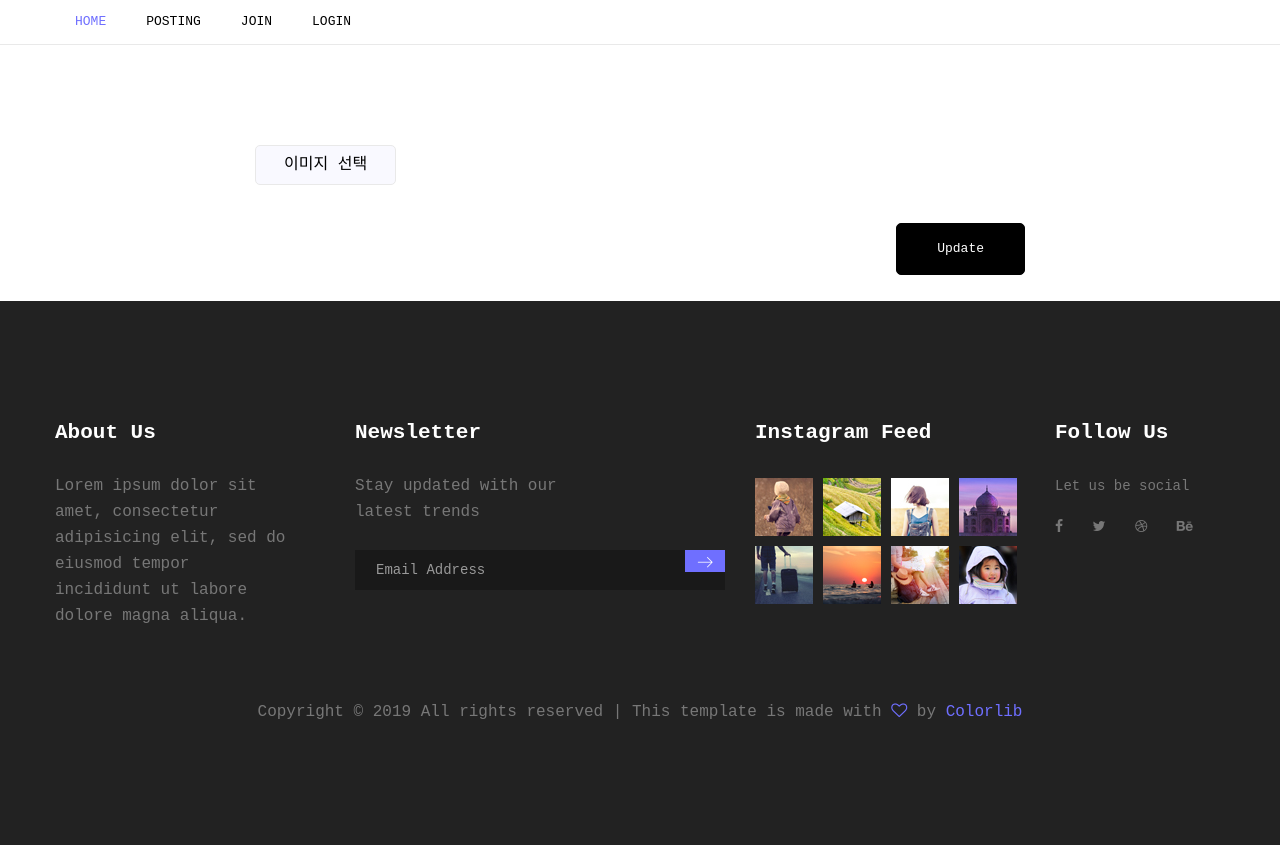
Repository: juneyj114/jspblog
Page: http://localhost/blog/user/userProfileForm.jsp
The author's editor kept a copy of each file at every save. The page is drawn from the files as they stood at one save, then again after the next save.
The browser window is 1280 px wide. The pictures show the whole page.
Some web fonts or font styles are not loaded; a fallback is used. The page is served by Tomcat 9. Other server files are loaded and not shown.

Above is the page before, as saved 2019-11-13 06:05:12.

### blog/WebContent/user/userProfileForm.jsp
<%@ page language="java" contentType="text/html; charset=UTF-8" pageEncoding="UTF-8"%>
<html>
<%@ include file="/include/nav.jsp"%>

<!--================Contact Area =================-->
<section class="contact_area">
	<div class="container">
		<div class="row">
			<div class="col-lg-2"></div>
			<div class="col-lg-8">
				<div id="imageContainer">
					<form class="row contact_form" action="/blog/user?cmd=profile" method="post" enctype="multipart/form-data">
						<input type="text" name="username" value="${sessionScope.user.username }" hidden />
						<div class="col-md-12">
							<div class="form-group">
								<label for="img__input" class="blog_btn">이미지 선택</label> <input type="file" id="img__input" class="form-control" name="userProfile" hidden readonly>
							</div>
						</div>
						<div class="col-md-12 text-right">
							<button type="submit" value="submit" class="btn submit_btn">Update</button>
						</div>
					</form>
				</div>
			</div>
			<div class="col-lg-2"></div>
		</div>
	</div>
</section>
<!--================Contact Area =================-->
<script>
      const imagePath = document.querySelector("#img__input");
      imagePath.addEventListener("change", event => {
        const f = event.target.files[0];
        const reader = new FileReader();
        reader.onload = e => {
          const {
            target: { result }
          } = e;
          console.log(result.length);
          const imageContainer = document.querySelector("#ImageContainer");
          const image = document.createElement("IMG");
          image.setAttribute("src", result);
          imageContainer.prepend(image);
        };
        reader.readAsDataURL(f);
      });
    </script>
<%@ include file="/include/footer.jsp"%>
</html>

### blog/WebContent/include/nav.jsp
<%@ page language="java" contentType="text/html; charset=UTF-8" pageEncoding="UTF-8"%>
<%@ taglib prefix="c" uri="http://java.sun.com/jsp/jstl/core"%>
<html>
<head>
<!-- Required meta tags -->
<meta charset="utf-8">
<meta name="viewport" content="width=device-width, initial-scale=1, shrink-to-fit=no">
<link rel="icon" href="/blog/img/favicon.png" type="image/png">
<title>Juney's Blog</title>
<!-- Bootstrap CSS -->
<link rel="stylesheet" href="/blog/css/bootstrap.css">
<link rel="stylesheet" href="/blog/vendors/linericon/style.css">
<link rel="stylesheet" href="/blog/css/font-awesome.min.css">
<link rel="stylesheet" href="/blog/vendors/owl-carousel/owl.carousel.min.css">
<link rel="stylesheet" href="/blog/vendors/lightbox/simpleLightbox.css">
<link rel="stylesheet" href="/blog/vendors/nice-select/css/nice-select.css">
<link rel="stylesheet" href="/blog/vendors/animate-css/animate.css">
<link rel="stylesheet" href="/blog/vendors/jquery-ui/jquery-ui.css">
<!-- main css -->
<link rel="stylesheet" href="/blog/css/style.css">
<link rel="stylesheet" href="/blog/css/responsive.css">

</head>

<body>
	<!--================Header Menu Area =================-->
	<header class="header_area">
		<div class="main_menu">
			<nav class="navbar navbar-expand-lg navbar-light">
				<div class="container box_1620">
					<!-- Brand and toggle get grouped for better mobile display -->
					<a class="navbar-brand logo_h" href="#"><img src="/blog/img/logo.png" alt=""></a>
					<button class="navbar-toggler" type="button" data-toggle="collapse" data-target="#navbarSupportedContent" aria-controls="navbarSupportedContent" aria-expanded="false"
						aria-label="Toggle navigation">
						<span class="icon-bar"></span> <span class="icon-bar"></span> <span class="icon-bar"></span>
					</button>
					<!-- Collect the nav links, forms, and other content for toggling -->
					<div class="collapse navbar-collapse offset" id="navbarSupportedContent">
						<ul class="nav navbar-nav menu_nav" id="mainUl">
							<li class="nav-item active"><a class="nav-link" href="/blog/index.jsp">Home</a></li>
							<li class="nav-item"><a class="nav-link" href="/blog/board/write.jsp">Posting</a></li>
							<%-- <li class="nav-item"><a class="nav-link" href="/blog/user/join.jsp">Join</a></li> --%>

							<%-- <c:choose>
								<c:when test="${empty sessionScope.username}">
									<li class="nav-item">
										<a class="nav-link" href="/blog/user/login.jsp">Login</a>
									</li>
								</c:when>
								<c:otherwise>
									<li class="nav-item">
										<a class="nav-link" href="/blog/user?cmd=logout">Logout</a>
									</li>
								</c:otherwise>
							</c:choose> --%>

						</ul>
						<ul class="nav navbar-nav navbar-right header_social ml-auto">
							<c:choose>
								<c:when test="${empty sessionScope.user}"></c:when>
								<c:otherwise>
								<a href="/blog/user/userProfileForm.jsp"><img src="${sessionScope.user.userProfile}" style="height: 40px; border-radius: 100%; width: 40px;" /></a>
								</c:otherwise>

							</c:choose>
						</ul>
					</div>
				</div>
			</nav>
			<script>
				const mainUl = document.querySelector("#mainUl");
				const id = "<c:out value='${sessionScope.user}'/>";
				const li1 = document.createElement("li");
				const a1 = document.createElement("a");
				const li2 = document.createElement("li");
				const a2 = document.createElement("a");
				console.log(id);
				if (id === null || id === "") {
					a1.innerText = "Join";
					a1.href = "/blog/user/join.jsp";
					a2.innerText = "Login";
					a2.href = "/blog/user/login.jsp";
				} else {
					a1.innerText = "Profile";
					a1.href = "/blog/user/update.jsp";
					a2.innerText = "Logout";
					a2.href = "/blog/user?cmd=logout";
				}
				a1.classList.add("nav-link");
				li1.classList.add("nav-item");
				li1.appendChild(a1);
				mainUl.appendChild(li1);
				a2.classList.add("nav-link");
				li2.classList.add("nav-item");
				li2.appendChild(a2);
				mainUl.appendChild(li2);
			</script>

		</div>
	</header>

</body>
</html>

### blog/WebContent/include/footer.jsp
<%@ page language="java" contentType="text/html; charset=UTF-8" pageEncoding="UTF-8"%>

<html>
<body>
<!--================ start footer Area  =================-->
	<footer class="footer-area p_120" style="margin-top:10px">
		<div class="container">
			<div class="row">
				<div class="col-lg-3  col-md-6 col-sm-6">
					<div class="single-footer-widget">
						<h6 class="footer_title">About Us</h6>
						<p>Lorem ipsum dolor sit amet, consectetur adipisicing elit, sed do eiusmod tempor incididunt ut labore dolore magna aliqua.</p>
					</div>
				</div>
				<div class="col-lg-4 col-md-6 col-sm-6">
					<div class="single-footer-widget">
						<h6 class="footer_title">Newsletter</h6>
						<p>Stay updated with our latest trends</p>
						<div id="mc_embed_signup">
							<form target="_blank" action="https://spondonit.us12.list-manage.com/subscribe/post?u=1462626880ade1ac87bd9c93a&amp;id=92a4423d01" method="get" class="subscribe_form relative">
								<div class="input-group d-flex flex-row">
									<input name="EMAIL" placeholder="Email Address" onfocus="this.placeholder = ''" onblur="this.placeholder = 'Email Address '" required="" type="email">
									<button class="btn sub-btn">
										<span class="lnr lnr-arrow-right"></span>
									</button>
								</div>
								<div class="mt-10 info"></div>
							</form>
						</div>
					</div>
				</div>
				<div class="col-lg-3 col-md-6 col-sm-6">
					<div class="single-footer-widget instafeed">
						<h6 class="footer_title">Instagram Feed</h6>
						<ul class="list instafeed d-flex flex-wrap">
							<li><img src="/blog/img/instagram/Image-01.jpg" alt=""></li>
							<li><img src="/blog/img/instagram/Image-02.jpg" alt=""></li>
							<li><img src="/blog/img/instagram/Image-03.jpg" alt=""></li>
							<li><img src="/blog/img/instagram/Image-04.jpg" alt=""></li>
							<li><img src="/blog/img/instagram/Image-05.jpg" alt=""></li>
							<li><img src="/blog/img/instagram/Image-06.jpg" alt=""></li>
							<li><img src="/blog/img/instagram/Image-07.jpg" alt=""></li>
							<li><img src="/blog/img/instagram/Image-08.jpg" alt=""></li>
						</ul>
					</div>
				</div>
				<div class="col-lg-2 col-md-6 col-sm-6">
					<div class="single-footer-widget f_social_wd">
						<h6 class="footer_title">Follow Us</h6>
						<p>Let us be social</p>
						<div class="f_social">
							<a href="#"><i class="fa fa-facebook"></i></a> <a href="#"><i class="fa fa-twitter"></i></a> <a href="#"><i class="fa fa-dribbble"></i></a> <a href="#"><i class="fa fa-behance"></i></a>
						</div>
					</div>
				</div>
			</div>
			<div class="row footer-bottom d-flex justify-content-between align-items-center">
				<p class="col-lg-12 footer-text text-center">
					<!-- Link back to Colorlib can't be removed. Template is licensed under CC BY 3.0. -->
					Copyright &copy;
					<script>
						document.write(new Date().getFullYear());
					</script>
					All rights reserved | This template is made with <i class="fa fa-heart-o" aria-hidden="true"></i> by <a href="https://colorlib.com" target="_blank">Colorlib</a>
					<!-- Link back to Colorlib can't be removed. Template is licensed under CC BY 3.0. -->
				</p>
			</div>
		</div>
	</footer>

<!--================ End footer Area  =================-->

<!-- Optional JavaScript -->
<!-- jQuery first, then Popper.js, then Bootstrap JS -->
<script src="/blog/js/jquery-3.2.1.min.js"></script>
<script src="/blog/js/popper.js"></script>
<script src="/blog/js/bootstrap.min.js"></script>
<script src="/blog/js/stellar.js"></script>
<script src="/blog/vendors/lightbox/simpleLightbox.min.js"></script>
<script src="/blog/vendors/nice-select/js/jquery.nice-select.min.js"></script>
<script src="/blog/vendors/isotope/imagesloaded.pkgd.min.js"></script>
<script src="/blog/vendors/isotope/isotope-min.js"></script>
<script src="/blog/vendors/owl-carousel/owl.carousel.min.js"></script>
<script src="/blog/vendors/jquery-ui/jquery-ui.js"></script>
<script src="/blog/js/jquery.ajaxchimp.min.js"></script>
<script src="/blog/js/mail-script.js"></script>
<script src="/blog/js/theme.js"></script>
</body>
</html>

### blog/WebContent/css/responsive.css
@media (max-width:1619px){
	/* Main Menu Area css
	============================================================================================ */
   .header_area .navbar .search {
		margin-left: 40px;
	}
	/* End Main Menu Area css
	============================================================================================ */
	.home_banner_area .blog_text_slider .owl-prev, .home_banner_area .blog_text_slider .owl-next {
		right: 0px;
		font-size: 30px;
	}
}
@media (max-width:1199px){
	/* Main Menu Area css
	============================================================================================ */
	.header_area + section, .header_area + div {
		margin-top: 143px;
	}
	.top_menu .container{
		display: block;
	}
	/* End Main Menu Area css
	============================================================================================ */
	/* Home Banner Area css
	============================================================================================ */
	.home_banner_area {
		min-height: 700px;
	}
	/* End Home Banner Area css
	============================================================================================ */
	.home_banner_area {
		background-size: cover;
	}
	.blog_text {
		padding: 65px 65px 65px 65px;
	}
	.banner_area {
		background-size: cover;
	}
	.blog_style1 .blog_text {
		padding-left: 15px;
		padding-right: 15px;
		padding-top: 0px;
		padding-bottom: 0px;
	}
}

@media (max-width:991px){
	/* Main Menu Area css
	============================================================================================ */
	.logo_part {
		display: none;
	}
    .navbar-toggler {
        border: none;
        border-radius: 0px;
        padding: 0px;
        cursor: pointer;
        margin-top: 27px;
        margin-bottom: 23px;
		float: right;
    }
	.header_area .navbar {
		background: #fff;
	}
    .navbar-toggler[aria-expanded="false"] span:nth-child(2) {
		opacity: 1;
	}
	.navbar-toggler[aria-expanded="true"] span:nth-child(2) {
		opacity: 0;
	}
	.navbar-toggler[aria-expanded="true"] span:first-child {
		transform: rotate(-45deg);
		position: relative;
		top: 7.5px;
	}
	.navbar-toggler[aria-expanded="true"] span:last-child {
		transform: rotate(45deg);
		bottom: 6px;
		position: relative;
	}
	.navbar-toggler span{
		display: block;
		width: 25px;
		height: 3px;
		background: #000;
		margin: auto;
		margin-bottom: 4px;
		transition: all 400ms linear;
		cursor: pointer;
	}
    .navbar .container{
        padding-left: 15px;
        padding-right: 15px;
    }
    .nav{
        padding: 0px 0px;
    }
	.header_area + section, .header_area + row, .header_area + div {
		margin-top: 117px;
	}
    .header_top .nav{
        padding: 0px;
    }
    .header_area .navbar .nav .nav-item .nav-link{
        line-height: 40px;
        margin-right: 0px;
        display: block;
		border-bottom: 1px solid #ededed33;
		border-radius: 0px;
    }
    .header_area .navbar .search{
        margin-left: 0px;
    }
	.header_area .navbar-collapse{
		max-height: 340px;
		overflow-y: scroll;
	}
	.header_area .navbar .nav .nav-item.submenu ul .nav-item .nav-link {
		padding: 0px 15px;
	}
	.header_area .navbar .nav .nav-item {
		margin-right: 0px;
	}
	.header_area + section, .header_area + row, .header_area + div {
		margin-top: 71px;
	}
	.main_menu .navbar .container_inner {
		display: block;
	}
	.main_menu .navbar .navbar-brand {
		display: inline-block;
		padding-top: 11px;
		width: 173px;
	}
	.main_menu .navbar .navbar-brand img {
		width: 100%;
	}
	/* End Main Menu Area css
	============================================================================================ */

	/* Contact Page Area css
	============================================================================================ */
	.contact_info{
		margin-bottom: 50px;
	}
	/* End Contact page Area css
	============================================================================================ */
	.home_banner_area .donation_inner{
		margin-bottom: -30px;
	}
	.single-footer-widget{
		margin-bottom: 30px;
	}
	.footer-area .row{
		margin-bottom: -30px;
	}
	/* Footer Area css
	============================================================================================ */
	/* End End Footer Area css
	============================================================================================ */
	.home_banner_area {
		background-size: cover;
		margin-bottom: 0px;
	}
	/* Extra header Area css
	============================================================================================ */
	/* End Extra header Area css
	============================================================================================ */

	.nav.navbar-nav.navbar-right.header_social{
		display: none;
	}

}
@media (max-width:767px){
	.home_banner_area {
		min-height: 500px;
	}
	.home_banner_area .banner_inner {
		min-height: 500px;
	}
	.home_banner_area .banner_inner .banner_content {
		margin-top: 0px;
	}
	/* Blog Page Area css
	============================================================================================ */
    .blog_banner .banner_inner .blog_b_text h2 {
		font-size: 40px;
		line-height: 50px;
	}
	.blog_info.text-right{
		text-align: left !important;
		margin-bottom: 10px;
	}
	/* End Blog Page Area css
	============================================================================================ */
	.home_banner_area .banner_inner .banner_content h3 {
		font-size: 30px;
	}
	.home_banner_area .banner_inner .banner_content p br {
		display: none;
	}
	/* Footer Area css
	============================================================================================ */
	.footer-bottom .footer-text{
		text-align: center;
	}
	.footer-bottom .footer-social {
		text-align: center;
		margin-bottom: 20px;
	}
	/* End End Footer Area css
	============================================================================================ */
	.blog_style1.small .blog_img img{
		width: 100%;
	}
}
@media (max-width:575px){

	.header_area + section, .header_area + row, .header_area + div {
		margin-top: 71px;
	}
	.top_menu {
		display: none;
	}

    /* Home Banner Area css
	============================================================================================ */
	.home_banner_area .banner_inner .banner_content h2 {
		font-size: 28px;
	}
	.home_banner_area {
		min-height: 500px;
	}
	.home_banner_area .banner_inner {
		min-height: 500px;
	}
	.blog_banner .banner_inner .blog_b_text {
		margin-top: 0px;
	}
	.home_banner_area .banner_inner .banner_content img{
		display: none;
	}
	.home_banner_area .banner_inner .banner_content h5 {
		margin-top: 0px;
	}
	.home_banner_area .banner_inner .banner_content .date a {
		margin-right: 8px;
	}
	/* End Home Banner Area css
	============================================================================================ */
	.p_120 {
		padding-top: 70px;
		padding-bottom: 70px;
	}
	.main_title h2 {
		font-size: 25px;
	}
	/* Elements Area css
	============================================================================================ */
	.sample-text-area {
		padding: 70px 0 70px 0;
	}
	/* End Elements Area css
	============================================================================================ */

	/* Blog Page Area css
	============================================================================================ */
	.blog_details h2 {
		font-size: 20px;
		line-height: 30px;
	}
	.blog_banner .banner_inner .blog_b_text h2 {
		font-size: 28px;
		line-height: 38px;
	}
	.banner_area .banner_inner .banner_content {
		margin-top: 0px;
	}
	/* End Blog Page Area css
	============================================================================================ */
	/* Footer Area css
	============================================================================================ */
	/* End End Footer Area css
	============================================================================================ */
	.pad_top {
		padding-top: 70px;
	}
	.mt-100 {
		margin-top: 50px;
	}
	.single-footer-widget p {
		max-width: 100%;
	}
	.p_100 {
		padding-top: 70px;
		padding-bottom: 70px;
	}
	.blog_style1 .blog_text .blog_text_inner {
		margin-top: 0px;
	}
	.blog_style1 .blog_text {
		padding-left: 0px;
		padding-right: 0px;
		padding-top: 0px;
		padding-bottom: 0px;
	}
	.blog_text .cat a {
		margin-right: 5px;
	}
	.blog_text .cat .cat_btn {
		display: block;
		width: 86px;
		margin-bottom: 10px;
	}
}

@media (max-width:480px){
	/* Main Menu Area css
	============================================================================================ */
	.header_area .navbar-collapse{
		max-height: 250px;
	}
	/* End Main Menu Area css
	============================================================================================ */

	/* Home Banner Area css
	============================================================================================ */
    .home_banner_area .banner_inner .banner_content {
		padding: 30px 15px;
		margin-top: 0px;
	}
	.banner_content .white_btn {
		display: block;
	}
	.home_banner_area .banner_inner .banner_content h3 {
		font-size: 24px;
	}
	.home_banner_area .carousel .carousel-indicators {
		bottom: -50px;
		z-index: 20;
	}
	/* End Home Banner Area css
	============================================================================================ */
	.banner_area .banner_inner .banner_content h2 {
		font-size: 32px;
	}
	/* Blog Page Area css
	============================================================================================ */
	.comments-area .thumb {
		margin-right: 10px;
	}

	/* End Blog Page Area css
	============================================================================================ */
	.home_banner_area .blog_text_slider .owl-prev {
		top: auto;
		bottom: 110px;
		transform: translateY(-0%);
		left: 10px;
	}
	.home_banner_area .blog_text_slider .owl-next {
		top: auto;
		bottom: 110px;
		right: 10px;
		transform: translateY(-0%);
	}
	.blog_text {
		padding: 60px 20px;
	}
}

Loaded but not shown: blog/WebContent/css/bootstrap.css (library); blog/WebContent/vendors/linericon/style.css (library); blog/WebContent/css/font-awesome.min.css (library); blog/WebContent/vendors/owl-carousel/owl.carousel.min.css (common file); blog/WebContent/vendors/lightbox/simpleLightbox.css (library); blog/WebContent/vendors/nice-select/css/nice-select.css (library); blog/WebContent/vendors/animate-css/animate.css (library); blog/WebContent/vendors/jquery-ui/jquery-ui.css (library); blog/WebContent/js/jquery-3.2.1.min.js (library); blog/WebContent/js/popper.js (library); blog/WebContent/js/bootstrap.min.js (library); blog/WebContent/js/stellar.js (library); blog/WebContent/vendors/lightbox/simpleLightbox.min.js (library); blog/WebContent/vendors/nice-select/js/jquery.nice-select.min.js (common file); blog/WebContent/vendors/isotope/imagesloaded.pkgd.min.js (library); blog/WebContent/vendors/isotope/isotope-min.js (library); blog/WebContent/vendors/owl-carousel/owl.carousel.min.js (library); blog/WebContent/vendors/jquery-ui/jquery-ui.js (library); blog/WebContent/js/jquery.ajaxchimp.min.js (library); blog/WebContent/js/theme.js (283 lines, source omitted); blog/WebContent/js/mail-script.js (31 lines, source omitted); blog/WebContent/css/style.css (3904 lines, source omitted)

After the next save:
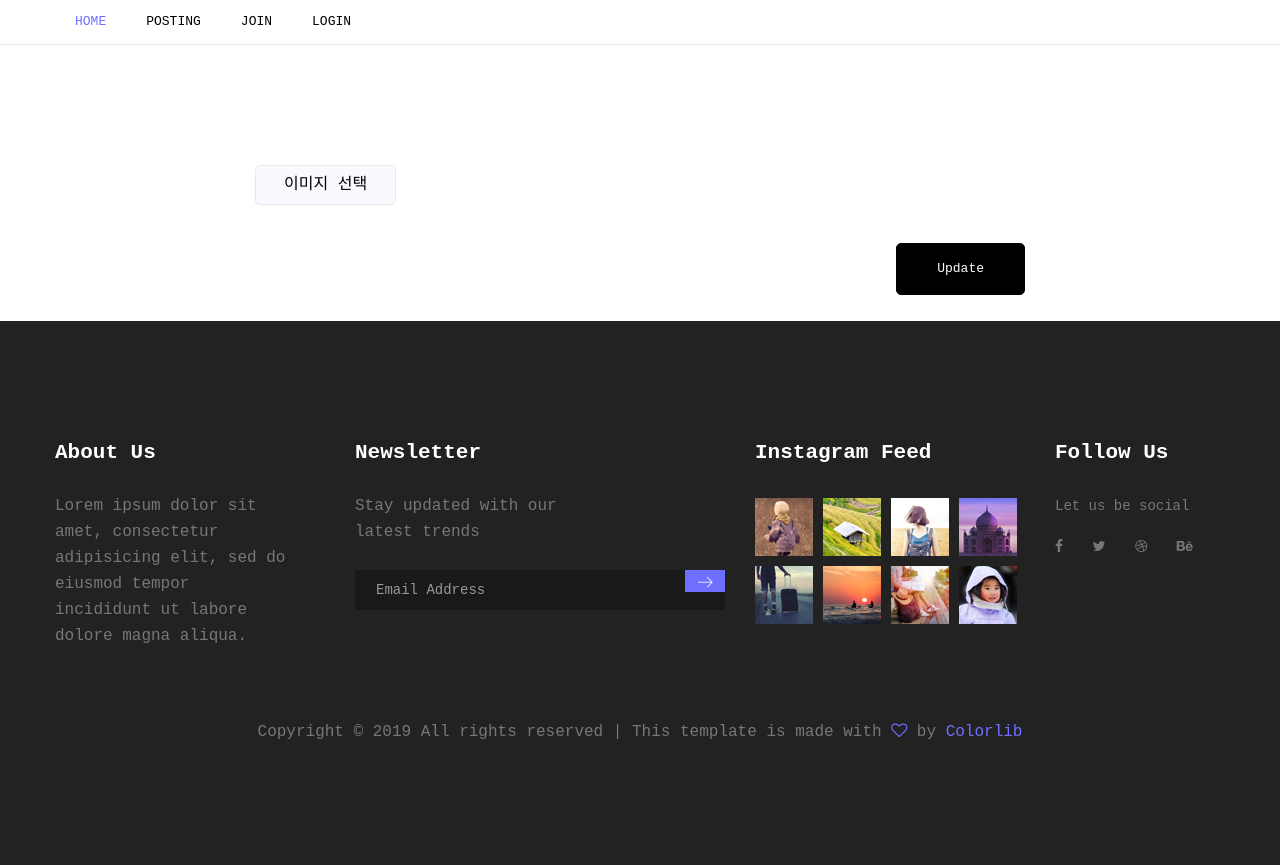
Saved 61 s later.
--- a/blog/WebContent/user/userProfileForm.jsp
+++ b/blog/WebContent/user/userProfileForm.jsp
@@ -13,7 +13,7 @@
 						<input type="text" name="username" value="${sessionScope.user.username }" hidden />
 						<div class="col-md-12">
 							<div class="form-group">
-								<label for="img__input" class="blog_btn">이미지 선택</label> <input type="file" id="img__input" class="form-control" name="userProfile" hidden readonly>
+								<label for="img__input" class="blog_btn" style="margin-top: 20px;">이미지 선택</label> <input type="file" id="img__input" class="form-control" name="userProfile" hidden readonly>
 							</div>
 						</div>
 						<div class="col-md-12 text-right">
